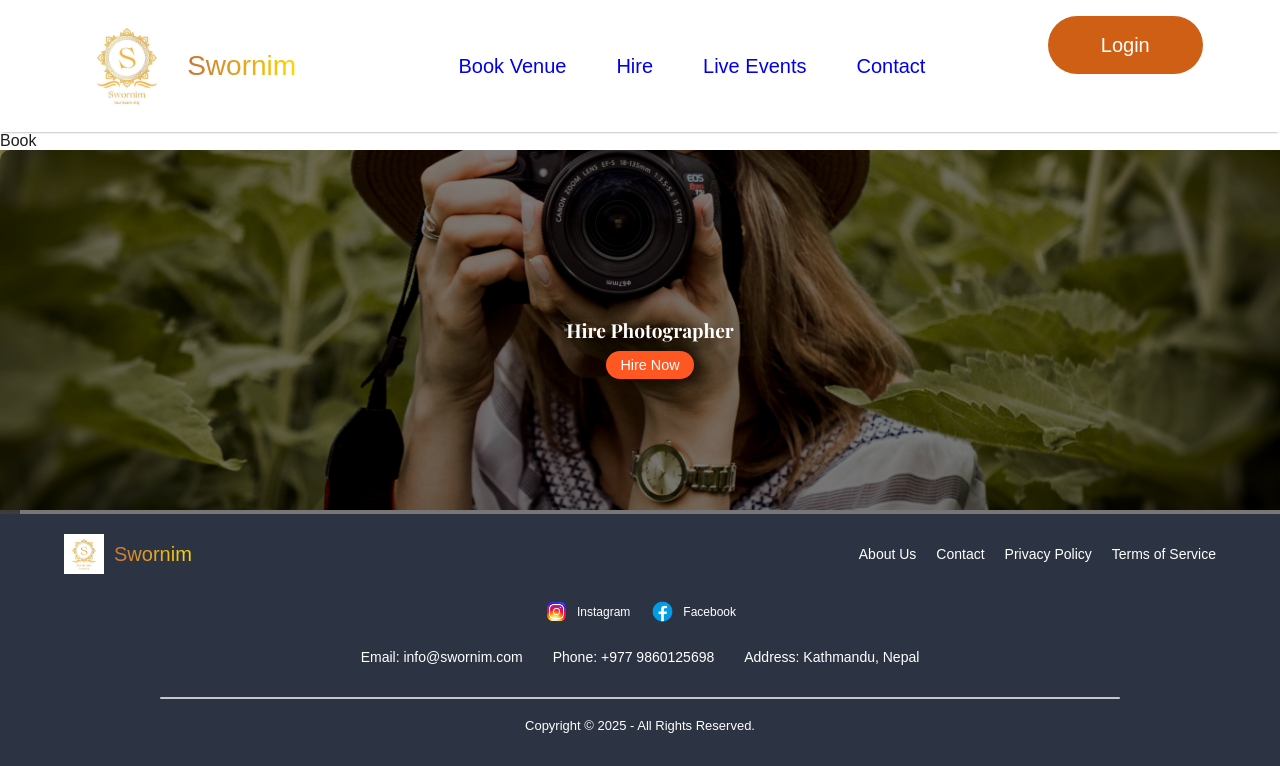
Repository: leonischu/Swornim
Page: / (app in frontend/)
An editor plug-in stored every save of this project. The page is shown before and after the next save, followed by the edit.
The browser window is 1280 px wide. The pictures show the whole page.
Pictures or frames that could not be fetched are drawn as grey boxes. The project was rebuilt for these pictures with package versions that can differ from the ones it lists, and the page was loaded fresh each time. Also part of the build but not shown: frontend/src/App.css, frontend/src/Pages/Contact.jsx, frontend/src/Pages/LoginSignup.jsx.

Above is the page before, as saved 2025-06-01 18:49:34.

### frontend/public/index.html
<!DOCTYPE html>
<html lang="en">
  <head>
    <meta charset="utf-8" />
    <link rel="icon" href="%PUBLIC_URL%/favicon.ico" />
    <meta name="viewport" content="width=device-width, initial-scale=1" />
    <meta name="theme-color" content="#000000" />
    <meta
      name="description"
      content="Web site created using create-react-app"
    />
    <link rel="apple-touch-icon" href="%PUBLIC_URL%/logo192.png" />
    <!--
      manifest.json provides metadata used when your web app is installed on a
      user's mobile device or desktop. See https://developers.google.com/web/fundamentals/web-app-manifest/
    -->
    <link rel="manifest" href="%PUBLIC_URL%/manifest.json" />
    <link href="https://fonts.googleapis.com/css2?family=Lato:wght@400;600&family=Playfair+Display:wght@400;600;700&display=swap" rel="stylesheet">
    <link rel="stylesheet" href="https://cdnjs.cloudflare.com/ajax/libs/font-awesome/6.0.0-beta3/css/all.min.css"/>

    <!--
      Notice the use of %PUBLIC_URL% in the tags above.
      It will be replaced with the URL of the `public` folder during the build.
      Only files inside the `public` folder can be referenced from the HTML.

      Unlike "/favicon.ico" or "favicon.ico", "%PUBLIC_URL%/favicon.ico" will
      work correctly both with client-side routing and a non-root public URL.
      Learn how to configure a non-root public URL by running `npm run build`.
    -->
    <title>Swornim</title>
  </head>
  <body>
    <noscript>You need to enable JavaScript to run this app.</noscript>
    <div id="root"></div>
    <!--
      This HTML file is a template.
      If you open it directly in the browser, you will see an empty page.

      You can add webfonts, meta tags, or analytics to this file.
      The build step will place the bundled scripts into the <body> tag.

      To begin the development, run `npm start` or `yarn start`.
      To create a production bundle, use `npm run build` or `yarn build`.
    -->
  </body>
</html>

### frontend/src/index.css
body {
  margin: 0;
  font-family: -apple-system, BlinkMacSystemFont, 'Segoe UI', 'Roboto', 'Oxygen',
    'Ubuntu', 'Cantarell', 'Fira Sans', 'Droid Sans', 'Helvetica Neue',
    sans-serif;
  -webkit-font-smoothing: antialiased;
  -moz-osx-font-smoothing: grayscale;
  font-family: 'Lato', sans-serif ;
  color: rgb(29, 29, 29);
}
h1, h2, h3, h4, h5, h6 {
  font-family: 'Playfair Display', serif;
  color: rgb(23, 23, 23); /* Default heading color */
  font-weight: bold;
}
.body-medium {
  font-family: 'Lato', sans-serif;
  font-size: 16px;
  color: rgb(29, 29, 29);
}
.title-medium {
  font-family: 'Playfair Display', serif;
  font-size: 20px;
  font-weight: bold;
  color: rgb(23, 23, 23);
}
.headline-small {
  font-family: 'Playfair Display', serif;
  font-size: 24px;
  font-weight: bold;
  color: white; /* White for headings like "Book Venue" */
}

code {
  font-family: source-code-pro, Menlo, Monaco, Consolas, 'Courier New',
    monospace;
}

### frontend/src/App.js

import './App.css';
import { Navbar } from './Components/Navbar/Navbar';
import { BrowserRouter, Routes, Route } from 'react-router-dom';
import { Book } from './Pages/Book';
import { Contact } from './Pages/Contact';
import { LoginSignup } from './Pages/LoginSignup';
import { Footer} from './Components/Footer/Footer';
import Carousel from './Components/Carousel/Carousel';
function App() {
  return (
    <div>
      <BrowserRouter>
      <Navbar/>
       <Routes>
          <Route path='/' element={<Book/>}/>
          <Route path='/contact' element={<Contact/>}/>

          <Route path='/login' element={<LoginSignup/>}/>
          </Routes>
          <Carousel/>
         <Footer/>
      </BrowserRouter>
    </div>
  );
}

export default App;

### frontend/src/Components/Navbar/Navbar.jsx
import React, { useState } from 'react'
import './Navbar.css'

import logo from '../Assets/logo.jpg'
import { Link } from 'react-router-dom';
export const Navbar = () => {
    const [menu, setMenu] = useState(""); // State for active menu item

  return (
    <div className='navbar'>
      <div className='nav-logo'>
        <img src={logo} alt=""/>
        <p>Swornim</p>
      </div>
      <ul className="nav-menu">
        <li onClick={()=>{setMenu("book venue")}}><Link style={{ textDecoration: 'none' }}to='/'>Book Venue</Link>{menu==="book venue"?<hr/>:<></>}</li>
        <li onClick={()=>{setMenu("hire")}}><Link style={{ textDecoration: 'none' }}to='/hire'> Hire</Link>{menu==="hire"?<hr/>:<></>}</li>
        <li onClick={()=>{setMenu("live events")}}><Link style={{ textDecoration: 'none' }} to='/liveevents'>Live Events</Link>{menu==="live events"?<hr/>:<></>}</li>
        <li onClick={()=>{setMenu("contact")}}><Link style={{ textDecoration: 'none' }}  to='/contact'>Contact</Link >{menu==="contact"?<hr/>:<></>}</li>
      </ul>
      <div className='nav-login-cart'>
        <Link to='/login'><button>Login</button></Link>

      </div>
    </div>
  )
}

### frontend/src/Pages/Book.jsx
import React from 'react';


export const Book = () => {
  return (
    <div>Book</div>


  )
}

### frontend/src/Components/Footer/Footer.jsx
import React from 'react'
import './Footer.css'
import footer_logo from '../Assets/logo.jpg'
import instagram_icon from '../Assets/instagram_icon.png'
import facebook_icon from '../Assets/facebook_icon.png'

export const Footer = () => {
  return (
    <div className='footer'>

      {/* Logo and Navigation Links */}
      <div className='footer-top'>
        <div className="footer_logo">
          <img src={footer_logo} alt='logo' />
          <p>Swornim</p>
        </div>

        <ul className='footer-links'>
          <li>About Us</li>
          <li>Contact</li>
          <li>Privacy Policy</li>
          <li>Terms of Service</li>
        </ul>
      </div>

      {/* Social Icons */}
      <div className="footer-social-section">
        <div className="footer-social-icon">
          <a
            href="https://instagram.com"
            target="_blank"
            rel="noopener noreferrer"
            className='footer-icons-container'
          >
            <img src={instagram_icon} alt="Instagram" />
            <span>Instagram</span>
          </a>
          <a
            href="https://facebook.com"
            target="_blank"
            rel="noopener noreferrer"
            className='footer-icons-container'
          >
            <img src={facebook_icon} alt="Facebook" />
            <span>Facebook</span>
          </a>
        </div>
      </div>

      {/* Contact Info */}
      <div className="footer-contact">
        <p>Email: info@swornim.com</p>
        <p>Phone: +977 9860125698 </p>
        <p>Address: Kathmandu, Nepal</p>
      </div>

      {/* Copyright */}
      <div className="footer-copyright">
        <hr />
        <p>Copyright © 2025 - All Rights Reserved.</p>
      </div>

    </div>
  )
}

### frontend/src/Components/Carousel/Carousel.jsx
import React from 'react';
import Slider from "react-slick";
import "slick-carousel/slick/slick.css";
import "slick-carousel/slick/slick-theme.css";
import "./Carousel.css";
const Carousel = () => {
  const settings = {
    dots: true,
    infinite: true,
    speed: 500,
    slidesToShow: 1,
    slidesToScroll: 1,
    autoplay: true,
    autoplaySpeed: 3000,
  };

  const slides = [
    {
      title: "Book Your Event",
      image: require("../Assets/venue.jpg"),
      buttonText: "Book Now",
    },
    {
      title: "Hire Photographer",
      image: require("../Assets/photographer.jpg"),
      buttonText: "Hire Now",
    },
    {
      title: "Hire Makeup Artist",
      image: require("../Assets/makeupartist.jpg"),
      buttonText: "Hire Now",
    },
    {
      title: "Get Into Live Events",
      image: require("../Assets/liveevent.jpg"),
      buttonText: "Explore Now",
    },
  ];

return (
  <div className="carousel-container">
    <Slider {...settings}>
      {slides.map((slide, index) => (
        <div key={index} className="carousel-slide">
          <img
            src={slide.image}
            alt={slide.title}
            className="carousel-image"
          />
          <div className="carousel-overlay">
            <h2 className="carousel-title">{slide.title}</h2>
            <button className="carousel-button">{slide.buttonText}</button>
          </div>
        </div>
      ))}
    </Slider>
  </div>
);
}

export default Carousel;

### frontend/src/Components/Navbar/Navbar.css
.navbar{
    display:flex;
    justify-content: space-around;
    padding: 16px;
    box-shadow: 0 1px 3px -2px black;
}
.nav-logo{
    display: flex;
    align-items: center;
    gap: 10px;
}
.nav-logo p {
    background: linear-gradient(to right, rgba(199, 116, 57, 1), #FFD700);
    -webkit-background-clip: text;
    -webkit-text-fill-color: transparent;
    background-clip: text; /* Optional for broader support */
    font-size: 28px;
    font-weight: 400;
}
.nav-logo img {
    width: 100px; /* Adjust the width of an image/icon */
    height: auto;
}
.nav-menu{
    display: flex;
    align-items: center;
    list-style: none;
    gap: 50px;
    color: black;
    font-size: 20px;
    font-weight: 500;

}
.nav-menu li{
    display: flex;
    flex-direction: column;
    align-items: center;
    justify-content: center;
    gap: 3px;
    cursor: pointer;

}
.nav-menu hr{
    border: none;
    width: 90%;
    height: 3px;
    border-radius: 15px;
    background: rgba(207, 95, 20, 1);

}
.nav-login-cart {
    display: flex; /* Flexbox layout */
    gap: 15px; /* Adjust the gap between buttons */
}
.nav-login-cart button{
    width: 155px;
    height: 58px;
    outline: none;
    border: 1px solid transparent;
    border-radius: 75px;
    background-color: rgba(207, 95, 20, 1);
    color: white;
    font-size: 20px;
    font-weight: 500;
    cursor: pointer;
}
.nav-login-cart button:active{
    background: rgba(44, 51, 66, 1);
}

### frontend/src/Pages/CSS/LoginSignup.css
body, html {
  margin: 0;
  padding: 0;
  box-sizing: border-box;
  font-family: 'Arial', sans-serif;
}

.loginsignup {
  width: 100%;
  height: 100vh;
  display: flex;
  justify-content: center;
  align-items: center;
  background: none; /* No background color */
}

.loginsignup-container {
  width: 400px;
  padding: 30px;
  background: white;
  border-radius: 10px;
  box-shadow: 0 4px 15px rgba(0, 0, 0, 0.1);
  text-align: center;
}

.loginsignup-container h1 {
  margin-bottom: 20px;
  color: #333;
  font-size: 24px;
}

.input-container {
  position: relative;
  margin-bottom: 20px;
}

.input-container i {
  position: absolute;
  top: 50%;
  left: 10px;
  transform: translateY(-50%);
  color: #aaa;
  font-size: 16px;
}

.input-container input {
  width: calc(100% - 40px);
  padding: 10px 10px 10px 35px;
  border: 1px solid #ccc;
  border-radius: 5px;
  font-size: 16px;
  outline: none;
  color: #333;
}

.input-container input:focus {
  border-color: #555;
}

button {
  width: 100%;
  padding: 12px;
  border: none;
  border-radius: 5px;
  background: rgba(207, 95, 20, 1);
  color: white;
  font-size: 18px;
  cursor: pointer;
  transition: background 0.3s ease-in-out;
}

button:hover {
  background: rgba(165, 75, 15, 1);
}

.loginsignup-login {
  margin-top: 20px;
  color: #555;
  font-size: 14px;
}

.loginsignup-login span {
  color: rgba(165, 75, 15, 1);;
  font-weight: bold;
  cursor: pointer;
}

.loginsignup-login span:hover {
  text-decoration: underline;
}

.loginsignup-agree {
  display: flex;
  align-items: center; /* Vertically aligns checkbox and text */
  gap: 10px; /* Space between the checkbox and the text */
  margin-top: 20px;
  font-size: 14px;
  color: #5c5c5c;
}

.loginsignup-agree input {
  margin-right: 10px;
}

.loginsignup-agree input[type='checkbox'] {
  width: 16px; /* Adjust the size of the checkbox */
  height: 16px;
  cursor: pointer; /* Makes the checkbox more interactive */
}

### frontend/src/Components/Footer/Footer.css
.footer {
  display: flex;
  flex-direction: column;
  justify-content: center;
  align-items: center;
  gap: 25px; /* Increased gap for better spacing */
  padding: 20px 0;
  background-color: rgba(44, 51, 66, 1);
  color: white;
  font-family: Arial, sans-serif;
  font-size: 14px;
}

/* Top section with logo and links */
.footer-top {
  display: flex;
  flex-wrap: wrap;
  justify-content: space-between;
  align-items: center;
  width: 90%;
  max-width: 1200px;
}

.footer_logo {
  display: flex;
  align-items: center;
  gap: 10px;
}

.footer_logo img {
  width: 40px;
  height: auto;
}

.footer_logo p {
  background: linear-gradient(to right, rgba(199, 116, 57, 1), #FFD700);
  -webkit-background-clip: text;
  -webkit-text-fill-color: transparent;
  font-size: 20px;
  font-weight: 500;
  margin: 0;
}

.footer-links {
  display: flex;
  list-style: none;
  gap: 20px;
  padding: 0;
  margin: 0;
  font-size: 14px;
}

.footer-links li {
  cursor: pointer;
  transition: color 0.3s;
}

.footer-links li:hover {
  color: #ffa500;
}

/* Social Icons Section */
.footer-social-section {
  width: 90%;
  max-width: 1200px;
  text-align: center;
}

.footer-social-icon {
  display: flex;
  justify-content: center;
  gap: 20px;
}

.footer-icons-container {
  display: flex;
  align-items: center;
  gap: 8px;
  text-decoration: none;
  color: white;
  background: none;
  border: none;
  cursor: pointer;
  transition: color 0.3s ease;
}

.footer-icons-container img {
  width: 25px;
  height: 25px;
}

.footer-icons-container span {
  font-size: 12px;
}

.footer-icons-container:hover {
  color: #ff5722;
}

/* Contact Info Section */
.footer-contact {
  display: flex;
  flex-wrap: wrap;
  justify-content: center;
  gap: 30px;
  text-align: center;
  width: 90%;
  max-width: 1200px;
  font-size: 14px;
}

.footer-contact p {
  margin: 0;
}

/* Copyright Section */
.footer-copyright {
  display: flex;
  flex-direction: column;
  align-items: center;
  width: 100%;
  max-width: 1200px;
  color: white;
  font-size: 13px;
  text-align: center;
}

.footer-copyright hr {
  width: 80%;
  border: none;
  border-radius: 10px;
  height: 2px;
  background: #c7c7c7;
}

### frontend/src/Components/Carousel/Carousel.css
/* Carousel container */
.carousel-container {
  width: 100vw;
  margin: 0 auto;
  overflow: hidden;
}

/* Each slide */
.carousel-slide {
  position: relative;
  display: flex;
  justify-content: center;
  align-items: center;
}

/* Image styles */
.carousel-image {
  width: 100vw;
  height: 50vh;    /* Half viewport height */
  object-fit: cover; /* Ensures the image fills the area without distortion */
  border-radius: 0;
  box-shadow: 0px 4px 8px rgba(0, 0, 0, 0.1);
}

/* Overlay styles */
.carousel-overlay {
  position: absolute;
  top: 0;
  left: 0;
  width: 100%;
  height: 100%;
  background: rgba(0, 0, 0, 0.5); /* Slightly darker overlay */
  display: flex;
  flex-direction: column;
  justify-content: center;
  align-items: center;
  border-radius: 10px;
  padding: 10px;
}

/* Title styles */
.carousel-title {
  color: white;
  font-size: 1.2rem; /* Smaller font size for titles */
  font-weight: bold;
  margin-bottom: 8px;
  text-align: center;
}

/* Button styles */
.carousel-button {
  background-color: #ff5722;
  color: white;
  display: inline-block;
  width: auto;
  max-width: 150px;
  padding: 6px 14px; /* Smaller padding for buttons */
  border: none;
  border-radius: 20px;
  font-size: 0.9rem; /* Smaller button font size */
  cursor: pointer;
  box-shadow: 0px 2px 6px rgba(0, 0, 0, 0.2);
  transition: background-color 0.3s ease;
}

.carousel-button:hover {
  background-color: #e64a19;
}

Loaded but not shown: frontend/src/index.js (common file); frontend/src/reportWebVitals.js (common file)

After the next save:
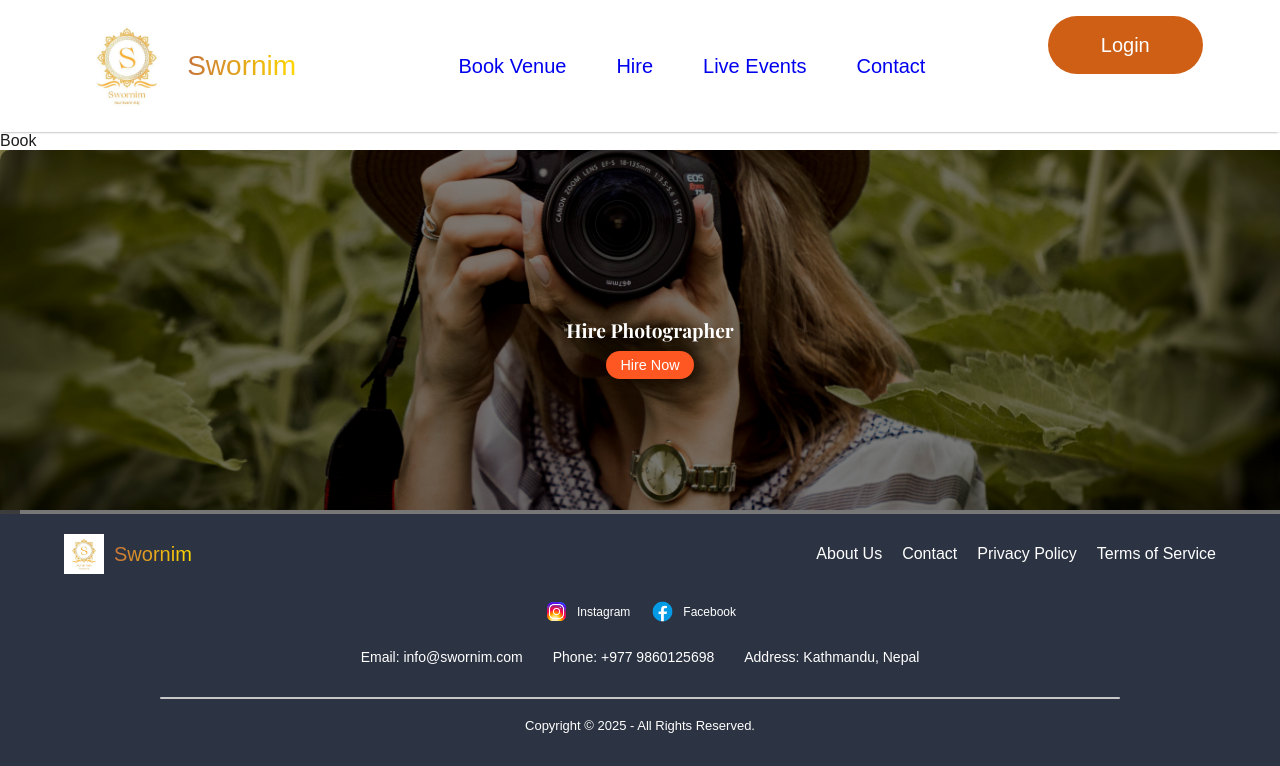
Saved 66 s later.
--- a/frontend/src/Components/Footer/Footer.css
+++ b/frontend/src/Components/Footer/Footer.css
@@ -47,7 +47,7 @@
   gap: 20px;
   padding: 0;
   margin: 0;
-  font-size: 14px;
+  font-size: 16px;
 }
 
 .footer-links li {
